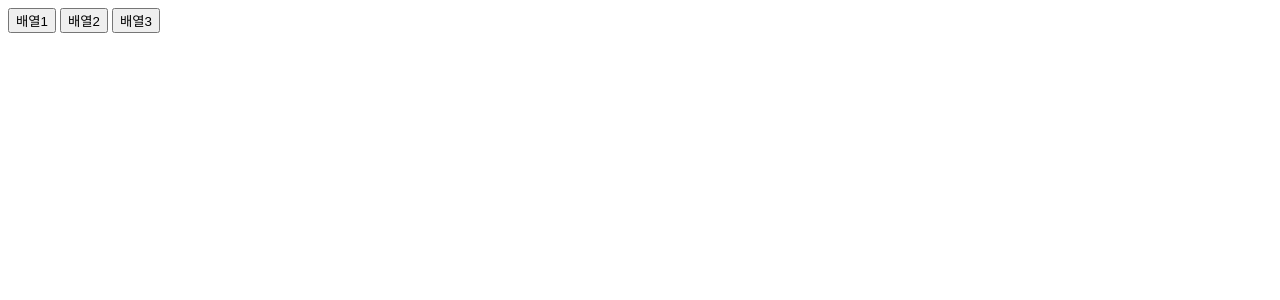
Repository: sagong0/servlet
Page: web/src/main/webapp/array1.html
An editor plug-in stored every save of this project. The page is shown before and after the next save, followed by the edit.
The browser window is 1280 px wide. The pictures show the whole page.

Above is the page before, as saved 2023-08-09 02:53:48.

After the next save:
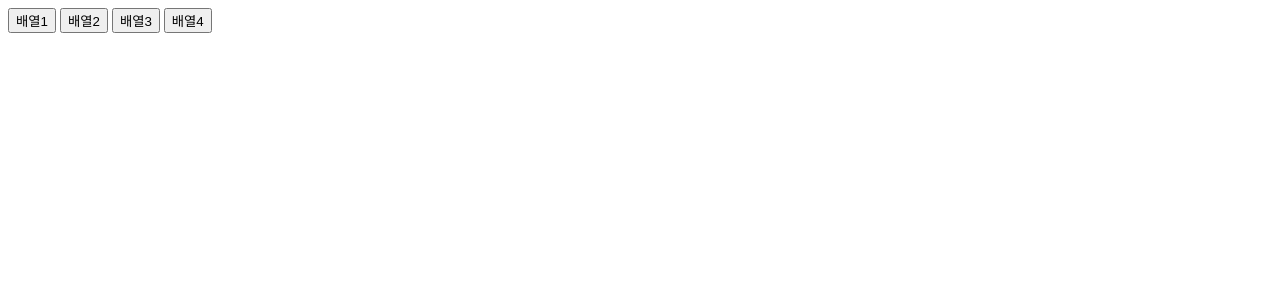
Saved 91 s later.
--- a/web/src/main/webapp/array1.html
+++ b/web/src/main/webapp/array1.html
@@ -8,6 +8,7 @@
 <input type="button" value="배열1" onclick="aaa()">
 <input type="button" value="배열2" onclick="bbb()">
 <input type="button" value="배열3" onclick="ccc()">
+<input type="button" value="배열4" onclick="ddd()">
 
 <div id="box"></div>
 <script>
